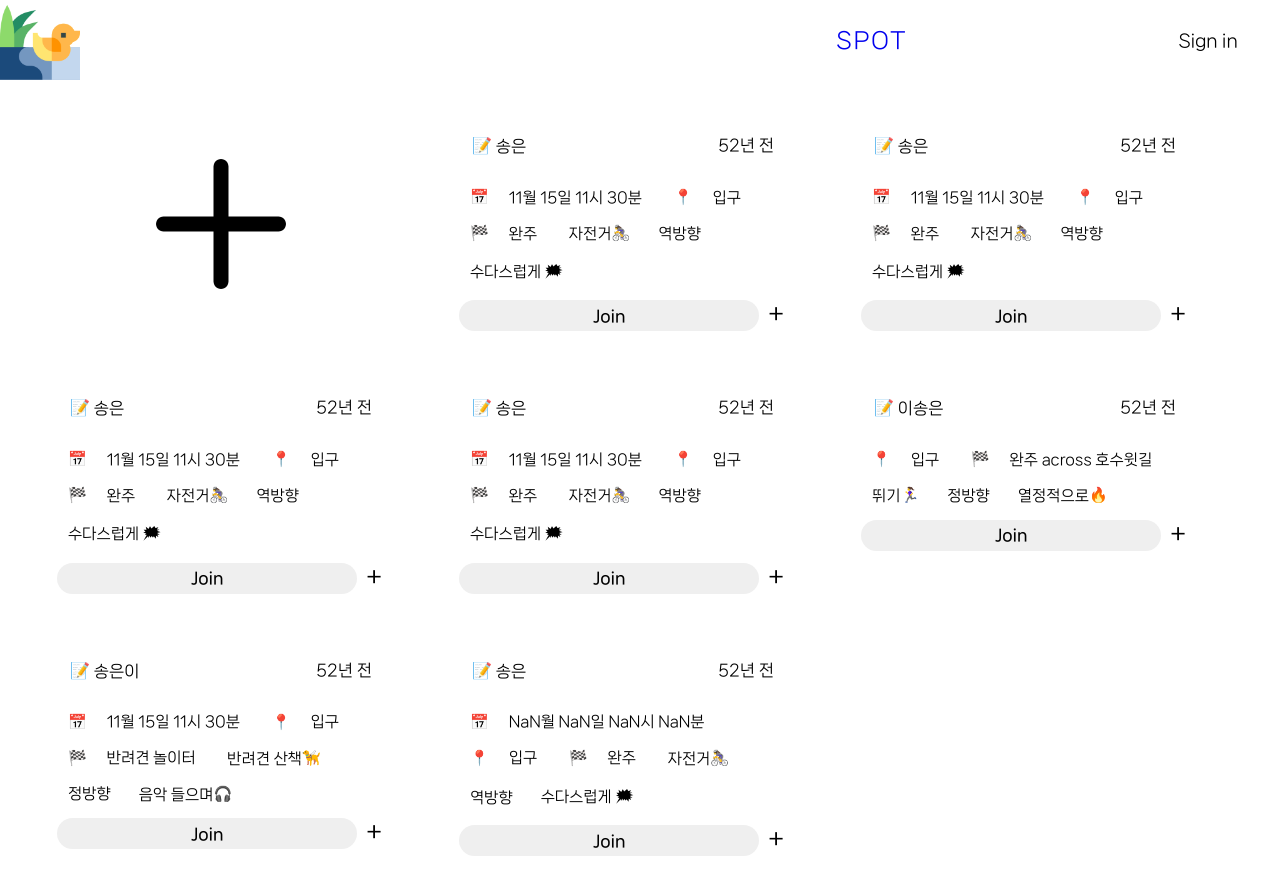
Repository: songeunleee/youngrangho
Page: /
An editor plug-in stored every save of this project. The page is shown before and after the next save, followed by the edit.
The browser window is 1280 px wide. The pictures show the whole page.
The page's requests for data from a server got no answer. Some web libraries are served in a nearby version. The project was rebuilt for these pictures with package versions that can differ from the ones it lists, and the page was loaded fresh each time. Some packages were replaced by stand-ins written for this rebuild. No one was signed in, and anything a server would have sent is missing. Also part of the build but not shown: src/app.module.css, src/components/add_card/add_card.module.css, src/components/add_card/add_card.jsx, src/components/activity/activity.module.css, src/components/add_form/add_form.module.css, src/components/add_form/add_form.jsx, src/components/footer/footer.module.css, src/components/footer/footer.jsx and 10 more.

Above is the page before, as saved 2022-11-12 05:36:17.

After the next save:
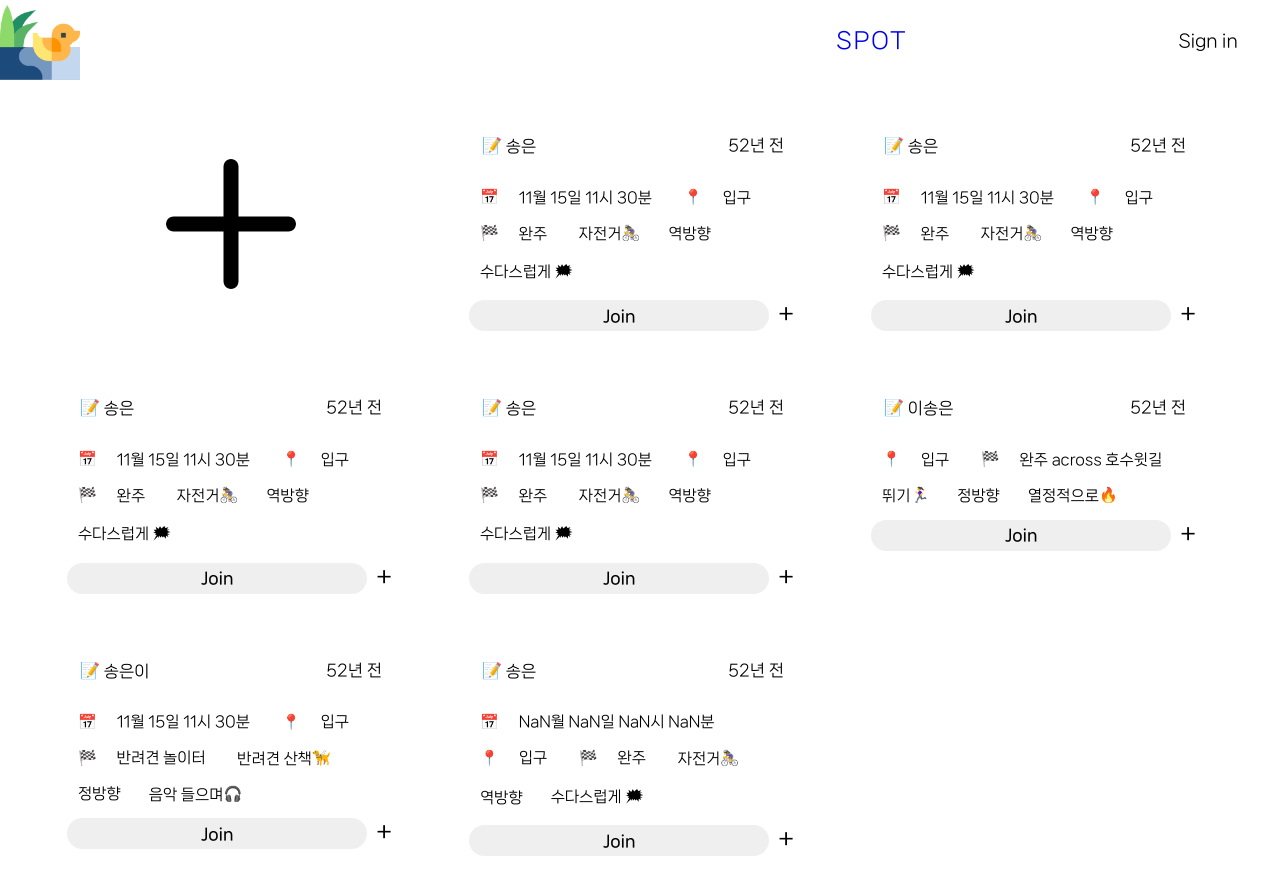
Saved 7 s later.
--- a/src/components/activity_list/activity_list.module.css
+++ b/src/components/activity_list/activity_list.module.css
@@ -37,7 +37,7 @@
 }
 
 .list {
-  width: 1240px;
+  width: 1220px;
   display: flex;
 
   flex-wrap: wrap;
